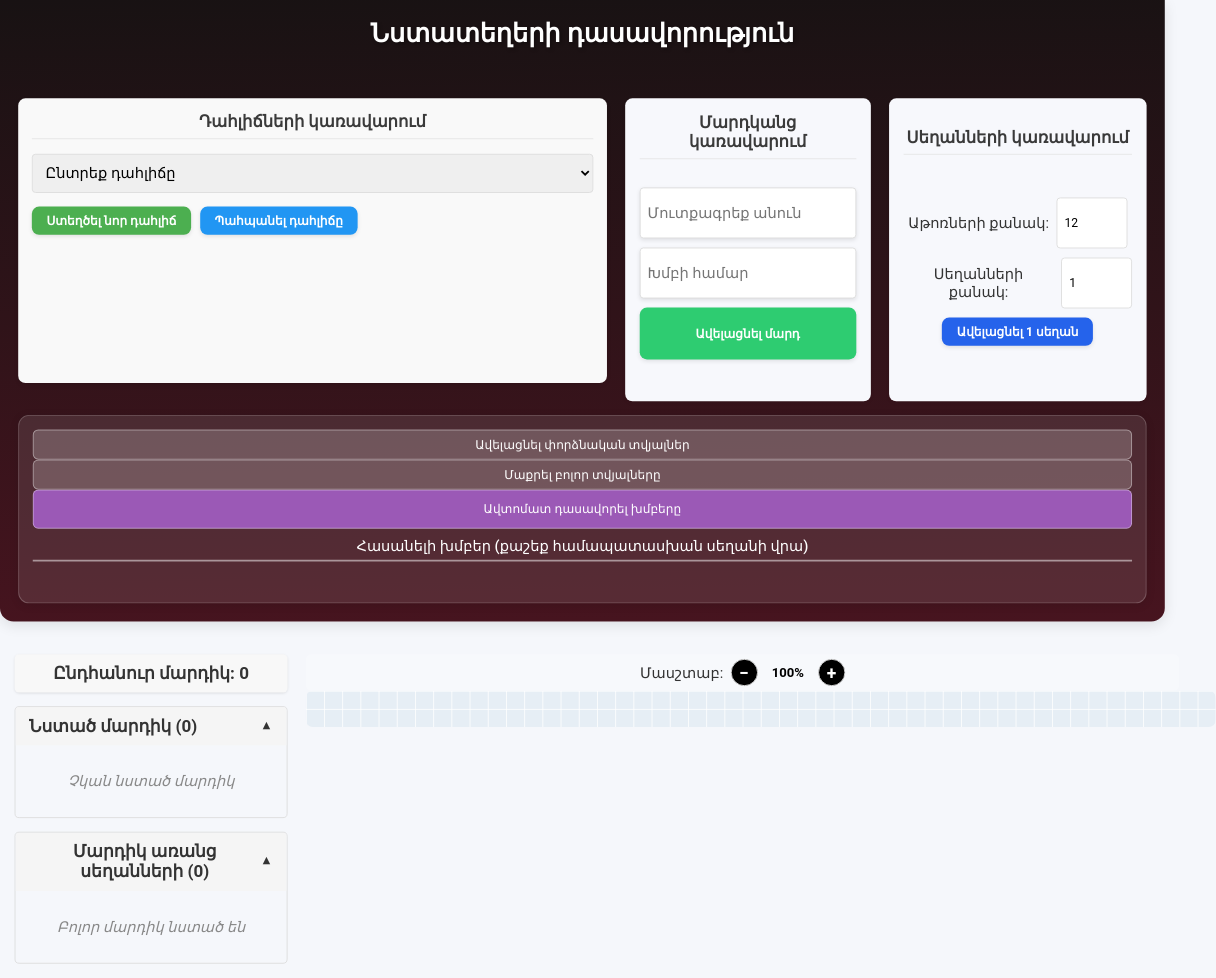
Repository: Vahan-23/Table-V2
Page: /
These files come from the project's save history. The page is drawn as it stood at one moment and after the next save; the edit follows.
The browser window is 1280 px wide. The page is 1336 px wide, so the pictures cover 1336 px, including what lies to the right of the window. The pictures show the whole page, at 91% of full size.
The project was rebuilt for these pictures with package versions that can differ from the ones it lists, and the page was loaded fresh each time.

Above is the page before, as saved 2025-03-03 18:08:56.

### src/component/App.css
/* Modern styles for the Seating Arrangement app */

* {
  margin: 0;
  padding: 0;
  font-family: 'Roboto', 'Segoe UI', Arial, sans-serif;
}

body {
  background-color: #f5f7fb;
  color: #333;
}

.app-container {
  display: flex;
  flex-direction: column;
  min-height: 100vh;
}

/* Header Styles */
.app-header {
  background: linear-gradient(179deg, #181213 0%, rgb(71 20 31) 100%);
  padding: 20px;
  border-radius: 0 0 15px 15px;
  box-shadow: 0 4px 15px rgba(0, 0, 0, 0.1);
  margin-bottom: 20px;
}

.header-content {
  display: flex;
  justify-content: space-between;
  align-items: center;
  max-width: 1600px;
  margin: 0 auto;
  width: 100%;
  flex-direction: column;
}

.logo {
  color: white;
  font-size: 28px;
  font-weight: bold;
  text-shadow: 2px 2px 4px rgba(0, 0, 0, 0.3);
  margin-bottom: 15px;
}

.header-controls {
  background: rgba(255, 255, 255, 0.15);
  backdrop-filter: blur(10px);
  padding: 15px;
  border-radius: 12px;
  box-shadow: inset 0 1px 1px rgba(255, 255, 255, 0.1), 0 1px 2px rgba(0, 0, 0, 0.1);
  display: flex;
  width: 80%;
}

.control-group {
  display: flex;
  flex-wrap: wrap;
  gap: 1rem;
  width: 100%;
}

.input-group {
  display: flex;
  gap: 10px;
  margin-bottom: 15px;
  align-items: center;
  justify-content: center;
}

.input-field {
  /* flex: 1; */
  padding: 10px 15px;
  border-radius: 8px;
  border: none;
  font-size: 16px;
  box-shadow: 0 2px 5px rgba(0, 0, 0, 0.1);
}
.input-field2{
  /* flex: 1; */
  padding: 10px 15px;
  border-radius: 8px;
  border: none;
  font-size: 16px;
  box-shadow: 0 2px 5px rgba(0, 0, 0, 0.1);
}

.input-group input,
.table-controls input {
  height: 38px;
  padding: 0.5rem;
  border: 1px solid #ddd;
  border-radius: 4px;
  outline: none;
  transition: border-color 0.2s;
}

.input-group input:focus,
.table-controls input:focus {
  border-color: #2563eb;
}

.group-input-container {
  position: relative;
  flex: 1;
}

.group-dropdown {
  position: absolute;
  top: 100%;
  left: 0;
  width: 100%;
  max-height: 200px;
  overflow-y: auto;
  z-index: 10;
  background-color: white;
  border: none;
  border-radius: 8px;
  box-shadow: 0 4px 12px rgba(0, 0, 0, 0.15);
  margin-top: 5px;
}

.dropdown-item {
  padding: 10px 15px;
  cursor: pointer;
  border-bottom: 1px solid #eee;
  transition: background-color 0.2s;
}

.dropdown-item:hover {
  background-color: #f5f5f5;
}

.dropdown-item-new {
  padding: 10px 15px;
  cursor: pointer;
  background-color: #f0f0f0;
  font-style: italic;
  border-radius: 0 0 8px 8px;
  z-index: 2;
}

.dropdown-empty {
  padding: 10px 15px;
  color: #666;
}

button {
  cursor: pointer;
  border: none;
  border-radius: 4px;
  padding: 0.5rem 1rem;
  font-weight: 500;
  transition: all 0.2s;
}

.primary-btn {
  background-color: #2563eb;
  color: white;
  border: none;
  border-radius: 8px;
  font-weight: bold;
  cursor: pointer;
  box-shadow: 0 2px 5px rgba(0, 0, 0, 0.1);
  transition: transform 0.2s, background-color 0.2s;
}

.primary-btn:hover {
  background-color: #1d4ed8;
}

.add-person-btn {
  /* margin-left: 30px; */
  padding: 21px 20px;
  background-color: #2ecc71;
  color: white;
}

.add-person-btn:hover {
  background-color: #27ae60;
  transform: translateY(-2px);
}

.secondary-btn {
  padding: 8px 15px;
  background-color: rgba(255, 255, 255, 0.2);
  color: white;
  border: 1px solid rgba(255, 255, 255, 0.4);
  border-radius: 6px;
  cursor: pointer;
  transition: background-color 0.2s;
}

.secondary-btn:hover {
  background-color: rgba(255, 255, 255, 0.3);
}

.table-controls {
  display: flex;
  align-items: center;
  gap: 10px;
  margin-bottom: 15px;
  flex-direction: column;
}

.chair-count-input {
  height: 38px;
  padding: 0.5rem;
  border: 1px solid #ddd;
  border-radius: 4px;
  outline: none;
  transition: border-color 0.2s;
}

.add-table-btn {
  flex: 1;
  padding: 21px 15px;
  background-color: #3498db;
  color: white;
}

.add-table-btn:hover {
  background-color: #2980b9;
  transform: translateY(-2px);
}

.create-all-tables-btn {
  flex: 2;
  padding: 13px 15px;
  background-color: #9b59b6;
  color: white;
}

.create-all-tables-btn:hover {
  background-color: #8e44ad;
  transform: translateY(-2px);
}

/* Bottom controls section */
.bottom-controls {
  display: flex;
  justify-content: space-between;
  align-items: center;
}

/* Save controls */
.save-controls {
  display: flex;
  align-items: center;
  gap: 0.5rem;
}

/* Zoom controls */
.zoom-controls {
  display: flex;
  align-items: center;
  gap: 8px;
  background-color: rgba(255, 255, 255, 0.2);
  padding: 5px 10px;
  border-radius: 6px;
  justify-content: center;
}

.zoom-btn {
  width: 30px;
  height: 30px;
  border-radius: 50%;
  border: none;
  background-color: rgba(255, 255, 255, 0.3);
  color: white;
  font-size: 18px;
  font-weight: bold;
  cursor: pointer;
  display: flex;
  justify-content: center;
  align-items: center;
}

.zoom-controls button {
  width: 30px;
  height: 30px;
  display: flex;
  align-items: center;
  justify-content: center;
  background-color: #000000;
  border-radius: 50%;
  font-size: 1.2rem;
  padding: 0;
}

.zoom-controls span {
  font-size: 0.9rem;
  min-width: 50px;
  text-align: center;
}

.zoom-percentage {
  color: rgb(0, 0, 0);
  font-weight: bold;
}

/* Groups Container */
.groups-container {
  background-color: rgba(255, 255, 255, 0.1);
  border-radius: 12px;
  padding: 15px;
  margin-top: 15px;
  box-shadow: 0 2px 10px rgba(0, 0, 0, 0.1);
  border: 1px solid rgba(255, 255, 255, 0.2);
}

.groups-header {
  display: flex;
  flex-direction: column;
  gap: 10px;
}

.groups-header h3 {
  color: #ffffff;
  font-size: 1rem;
  font-weight: 500;
}

.groups-title {
  margin: 0 0 10px 0;
  font-size: 20px;
  color: white;
  font-weight: 600;
  border-bottom: 2px solid rgba(255, 255, 255, 0.5);
  padding-bottom: 5px;
  display: inline-block;
}

.groups-wrapper {
  display: flex;
  flex-wrap: nowrap;
  gap: 12px;
  overflow-x: auto;
  padding: 5px 0;
  max-height: 100px;
  max-width: 100%;
  scrollbar-width: thin;
  scrollbar-color: rgba(255, 255, 255, 0.5) transparent;
}

.groups-wrapper::-webkit-scrollbar {
  height: 6px;
  width: 6px;
}

.groups-wrapper::-webkit-scrollbar-track {
  background: #f1f1f1;
  border-radius: 10px;
}

.groups-wrapper::-webkit-scrollbar-thumb {
  background: #3498db;
  border-radius: 10px;
}

.groups-wrapper::-webkit-scrollbar-thumb:hover {
  background: #2980b9;
}

/* Main Content */
.main-content {
  display: flex;
  flex: 1;
  padding: 1rem;
  gap: 20px;
  max-width: 1600px;
  margin: 0 auto;
  width: 100%;
}

/* Sidebar */
.sidebar {
  width: 300px;
  flex-shrink: 0;
}

.unseated-people-list,
.people-list {
  background-color: white;
  border-radius: 8px;
  padding: 15px;
  margin-top: 20px;
  box-shadow: 0 2px 8px rgba(0, 0, 0, 0.1);
  margin-bottom: 1.5rem;
}

.unseated-people-list h3,
.people-list h3 {
  margin-top: 0;
  margin-bottom: 15px;
  color: #333;
  font-size: 18px;
  font-weight: 600;
  border-bottom: 1px solid #e5e7eb;
  padding-bottom: 0.5rem;
}

.unseated-people-grid,
.people-grid {
  display: grid;
  grid-template-columns: repeat(auto-fill, minmax(120px, 1fr));
  gap: 10px;
}

.unseated-person-card,
.person-card {
  position: relative;
  background-color: #f9f9f9;
  border-radius: 6px;
  padding: 10px;
  box-shadow: 0 1px 3px rgba(0, 0, 0, 0.1);
  font-size: 0.9rem;
  display: flex;
  justify-content: space-between;
  align-items: center;
}

.person-card {
  flex-direction: column;
  align-items: flex-start;
  gap: 0.25rem;
}

.person-name {
  display: block;
  font-weight: bold;
  font-size: 14px;
  margin-bottom: 4px;
}

.person-group {
  display: block;
  font-size: 12px;
  color: #666;
}

.group-tag {
  background-color: #e0e7ff;
  color: #4f46e5;
  border-radius: 4px;
  padding: 0.15rem 0.4rem;
  font-size: 0.75rem;
  font-weight: 500;
}

.delete-btn {
  position: absolute;
  top: 5px;
  right: 5px;
  width: 20px;
  height: 20px;
  border-radius: 50%;
  background-color: #e74c3c;
  color: white;
  border: none;
  display: flex;
  align-items: center;
  justify-content: center;
  font-size: 10px;
  cursor: pointer;
  opacity: 0.7;
  transition: opacity 0.2s;
}

.delete-btn:hover {
  background-color: #fee2e2;
  opacity: 1;
}

/* Tables Area */
.tables-area {
  background-image: linear-gradient(rgba(255, 255, 255, 0.8) 1px, transparent 1px),
    linear-gradient(90deg, rgba(255, 255, 255, 0.8) 1px, transparent 1px);
  background-size: 20px 20px;
  background-color: #e6eef5;
  flex: 1;
  min-height: 600px;
  border-radius: 8px;
  padding: 20px;
  position: relative;
  transform-origin: top left;
  display: flex;
  flex-wrap: wrap;
  gap: 2rem;
  align-content: flex-start;
  min-height: 70vh;
}

/* Table Styles */
.table-container {
  background-color: white;
  border-radius: 10px;
  box-shadow: 0 4px 12px rgba(0, 0, 0, 0.08);
  padding: 1rem;
  width: fit-content;
  margin-bottom: 20px;
  flex-shrink: 0;
}

.table-header {
  display: flex;
  justify-content: space-between;
  align-items: center;
  margin-bottom: 1rem;
}

.table-header h3 {
  font-size: 1rem;
  font-weight: 600;
  color: #374151;
}

.delete-table-btn {
  background-color: #fee2e2;
  color: #ef4444;
  font-size: 0.8rem;
  padding: 0.25rem 0.5rem;
}

.delete-table-btn:hover {
  background-color: #fecaca;
}

.table {
  margin: 20px;
  width: 200px;
  height: 200px;
  border: 50px solid #e7d8c7;
  border-radius: 50%;
  display: flex;
  justify-content: center;
  align-items: center;
  background-image: url('../../public/table.jpg');
  background-size: cover;
}

.table-top {
  position: relative;
  top: -15%;
  left: -15%;
}

.chair {
  position: absolute;
  width: 60px;
  height: 60px;
  background-size: cover;
  background-position: center;
  background-repeat: no-repeat;
  color: white;
  display: flex;
  justify-content: center;
  align-items: center;
  border-radius: 50%;
  font-size: 12px;
  text-align: center;
  cursor: pointer;
  transition: transform 0.2s ease, opacity 0.2s ease;
}

.chair:hover {
  transform: scale(1.1);
  opacity: 0.7;
}

/* New Table Dropzone */
.new-table-dropzone {
  width: 300px;
  height: 200px;
  border: 2px dashed #3498db;
  border-radius: 8px;
  display: flex;
  align-items: center;
  justify-content: center;
  background-color: rgba(52, 152, 219, 0.05);
  transition: all 0.3s;
  margin-bottom: 20px;
}

.new-table-dropzone.hovered {
  background-color: rgba(52, 152, 219, 0.47);
  border-color: #4f46e5;
}

.dropzone-content {
  display: flex;
  flex-direction: column;
  align-items: center;
  justify-content: center;
  text-align: center;
  padding: 20px;
  gap: 1rem;
}

.dropzone-icon {
  font-size: 32px;
  color: #3498db;
  margin-bottom: 10px;
}

.dropzone-text {
  font-size: 16px;
  font-weight: bold;
  color: #333;
}

/* Popup styles */
.popup-overlay {
  position: fixed;
  top: 0;
  left: 0;
  right: 0;
  bottom: 0;
  background-color: rgba(0, 0, 0, 0.5);
  display: flex;
  align-items: center;
  justify-content: center;
  z-index: 1000;
}

.popup {
  background-color: white;
  border-radius: 10px;
  padding: 1.5rem;
  min-width: 300px;
  max-width: 400px;
  max-height: 80vh;
  overflow-y: auto;
  box-shadow: 0 10px 25px rgba(0, 0, 0, 0.2);
}

.popup h3 {
  margin-bottom: 1rem;
  color: #374151;
}

.person-selection-list {
  list-style: none;
  margin-bottom: 1rem;
}

.person-selection-list li {
  padding: 0.75rem;
  border-radius: 6px;
  cursor: pointer;
  transition: background-color 0.2s;
}

.person-selection-list li:hover {
  background-color: #f3f4f6;
}

.close-btn {
  background-color: #e5e7eb;
  color: #4b5563;
  width: 100%;
  padding: 0.75rem;
  border-radius: 6px;
  margin-top: 1rem;
}

.close-btn:hover {
  background-color: #d1d5db;
}

/* Fullscreen popup styles */
.fullscreen-popup {
  position: fixed;
  top: 0;
  left: 0;
  width: 100%;
  height: 100%;
  background-color: rgba(0, 0, 0, 0.7);
  z-index: 1000;
  display: flex;
  justify-content: center;
  align-items: center;
}

.fullscreen-popup-overlay {
  position: absolute;
  top: 0;
  left: 0;
  width: 100%;
  height: 100%;
  background-color: rgba(0, 0, 0, 0.7);
  display: flex;
  justify-content: center;
  align-items: center;
}

.fullscreen-popup-content {
  background-color: white;
  border-radius: 8px;
  padding: 20px;
  max-width: 600px;
  width: 90%;
  max-height: 80vh;
  overflow-y: auto;
  box-shadow: 0 10px 25px rgba(0, 0, 0, 0.2);
}

.fullscreen-popup-content h3 {
  margin-top: 0;
  margin-bottom: 20px;
  text-align: center;
  font-size: 18px;
  color: #333;
}

.person-selection-grid {
  display: grid;
  grid-template-columns: repeat(auto-fill, minmax(180px, 1fr));
  gap: 15px;
  margin-bottom: 20px;
  max-height: 60vh;
  overflow-y: auto;
  padding: 10px;
  margin-top: 20px;
}

.person-selection-item {
  background-color: #f9f9f9;
  border: 1px solid #ddd;
  border-radius: 6px;
  padding: 12px;
  cursor: pointer;
  transition: all 0.2s ease;
  display: flex;
  flex-direction: column;
}

.person-selection-item:hover {
  background-color: #e8f4fd;
  transform: translateY(-2px);
  box-shadow: 0 4px 8px rgba(0, 0, 0, 0.1);
}

.person-selection-name {
  display: block;
  font-weight: bold;
  margin-bottom: 4px;
}

.person-selection-group {
  display: block;
  font-size: 12px;
  color: #666;
}

.no-people-message {
  text-align: center;
  padding: 20px;
  color: #666;
  grid-column: 1 / -1;
}

.close-popup-btn {
  display: block;
  margin: 0 auto;
  background-color: #3498db;
  color: white;
  border: none;
  border-radius: 4px;
  padding: 10px 20px;
  font-size: 16px;
  cursor: pointer;
  transition: background-color 0.2s ease;
}

.close-popup-btn:hover {
  background-color: #2980b9;
}

/* Remove person popup */
.remove-person-popup {
  text-align: center;
}

.popup-title {
  text-align: center;
  margin-bottom: 20px;
}

.person-info-card {
  background-color: #f9f9f9;
  padding: 15px;
  border-radius: 8px;
  margin-bottom: 20px;
  box-shadow: 0 2px 4px rgba(0, 0, 0, 0.1);
}

.person-info-name {
  text-align: center;
  font-size: 18px;
  margin: 0 0 10px 0;
  font-weight: bold;
}

.person-info-group {
  text-align: center;
  margin: 0;
  color: #666;
}

.confirmation-text {
  text-align: center;
  margin-bottom: 20px;
  color: #555;
}

.popup-buttons {
  display: flex;
  justify-content: center;
  gap: 15px;
}

.remove-btn {
  padding: 10px 20px;
  background-color: #e74c3c;
  color: white;
  border: none;
  border-radius: 4px;
  cursor: pointer;
  font-weight: bold;
}

.cancel-btn {
  padding: 10px 20px;
  background-color: #7f8c8d;
  color: white;
  border: none;
  border-radius: 4px;
  cursor: pointer;
}

/* Group card styles */
.group-card {
  flex: 0 0 auto;
  min-width: 100px;
  background-color: white;
  border-radius: 6px;
  padding: 8px 12px;
  box-shadow: 0 1px 3px rgba(0, 0, 0, 0.1);
  cursor: grab;
  transition: transform 0.2s, box-shadow 0.2s;
  border-left: 4px solid #3498db;
}

.group-card:hover {
  transform: translateY(-2px);
  box-shadow: 0 3px 6px rgba(0, 0, 0, 0.15);
}

.group-card.dragging {
  opacity: 0.5;
}

.group-name {
  font-weight: 600;
  font-size: 0.9rem;
  color: #2563eb;
  margin-bottom: 5px;
}

.group-count {
  font-size: 0.8rem;
  color: #6b7280;
  margin-top: 0.25rem;
}

/* Responsive adjustments */
@media (max-width: 992px) {
  .header-content {
    flex-direction: column;
    align-items: flex-start;
    gap: 1rem;
  }

  .header-controls {
    width: 100%;
  }

  .main-content {
    flex-direction: column;
  }

  .sidebar {
    width: 100%;
  }
}


.people-section {
  display: flex;
  flex-direction: column;
  gap: 15px;
}

.total-people-counter {
  background-color: #f8f8f8;
  padding: 10px;
  border-radius: 5px;
  text-align: center;
  box-shadow: 0 1px 3px rgba(0, 0, 0, 0.1);
}

.people-box {
  border: 1px solid #ddd;
  border-radius: 5px;
  overflow: hidden;
}

.people-header {
  display: flex;
  align-items: center;
  justify-content: space-between;
  padding: 10px 15px;
  background-color: #f5f5f5;
  cursor: pointer;
}

.people-header:hover {
  background-color: #e9e9e9;
}

.expand-arrow {
  font-size: 14px;
  transition: transform 0.3s ease;
}

.expand-arrow.expanded {
  transform: rotate(180deg);
}

.people-grid-container {
  max-height: 700px;
  overflow-y: auto;
}

.people-grid {
  display: grid;
  grid-template-columns: repeat(auto-fill, minmax(200px, 1fr));
  gap: 10px;
  padding: 10px;
}

.person-card {
  position: relative;
  padding: 10px;
  border-radius: 4px;
  box-shadow: 0 1px 3px rgba(0, 0, 0, 0.1);
  display: flex;
  flex-direction: column;
}

.person-card.seated {
  background-color: rgba(144, 238, 144, 0.2);
  border-left: 3px solid #4CAF50;
}

.person-card.unseated {
  background-color: rgba(255, 235, 205, 0.2);
  border-left: 3px solid #FFA500;
}

.person-name {
  font-weight: bold;
  margin-bottom: 4px;
}

.person-group {
  font-size: 12px;
  color: #666;
}

.delete-btn {
  position: absolute;
  top: 5px;
  right: 5px;
  width: 20px;
  height: 20px;
  border-radius: 50%;
  background-color: #ff6b6b;
  color: white;
  border: none;
  display: flex;
  align-items: center;
  justify-content: center;
  cursor: pointer;
  font-size: 10px;
}

.delete-btn:hover {
  background-color: #ff5252;
}

.empty-message {
  grid-column: 1 / -1;
  padding: 20px;
  text-align: center;
  color: #888;
  font-style: italic;
}

/* Scrollbar styling */
.people-grid-container::-webkit-scrollbar {
  width: 8px;
}

.people-grid-container::-webkit-scrollbar-track {
  background: #f1f1f1;
  border-radius: 4px;
}

.people-grid-container::-webkit-scrollbar-thumb {
  background: #888;
  border-radius: 4px;
}

.people-grid-container::-webkit-scrollbar-thumb:hover {
  background: #555;
}

/* Split header sections styling */
.header-sections {
  display: flex;
  width: 100%;
  gap: 20px;
  margin-top: 20px;
  /* justify-content: center; */
}

.header-section {
  /* flex: 1 1; */
  display: flex;
  height: auto;
  background-color: #f7f8fc;
  border-radius: 8px;
  padding: 16px;
  box-shadow: 0 2px 5px rgba(0, 0, 0, 0.05);
  flex-direction: column;
  justify-content: space-around;
}

.section-main-title {
  color: #3a3a3a;
  margin-top: 0;
  margin-bottom: 16px;
  padding-bottom: 8px;
  border-bottom: 1px solid #e5e5e5;
  font-size: 18px;
}

/* People section specific */
.people-section .input-row {
  display: flex;
  gap: 10px;
  margin-bottom: 15px;
  flex-direction: column;
}

.people-section .data-management {
  margin-top: 20px;
}

/* Table section specific */
.tables-section .table-controls-row {
  display: flex;
  align-items: center;
  gap: 10px;
  margin-bottom: 15px;
  flex-direction: column;

}

.tables-section .chair-count-container {
  display: flex;
  align-items: center;
  gap: 8px;
}
.table-count-container {
  display: flex;
  align-items: center;
  gap: 8px;
}
.table-count-input{
  width: 60px;
}
.tables-section .chair-count-input {
  width: 60px;
}

.tables-section .zoom-controls {
  display: flex;
  align-items: center;
  margin-top: 20px;
  gap: 10px;
}

.zoom-buttons {
  display: flex;
  align-items: center;
}

.zoom-btn {
  width: 30px;
  height: 30px;
  display: flex;
  align-items: center;
  justify-content: center;
  border-radius: 4px;
  background-color: #f0f0f0;
  border: 1px solid #ddd;
  cursor: pointer;
}

.zoom-percentage {
  margin: 0 8px;
  min-width: 50px;
  text-align: center;
}

.data-buttons {
  display: flex;
  flex-direction: column;
  align-items: stretch;
}

.hall-management {
  background-color: #f9f9f9;
  border-radius: 8px;
  padding: 15px;
  margin-bottom: 20px;
  box-shadow: 0 2px 5px rgba(0, 0, 0, 0.1);
}

.hall-controls {
  display: flex;
  flex-wrap: wrap;
  gap: 15px;
  margin-top: 10px;
}

.hall-dropdown-container {
  flex: 1;
  min-width: 250px;
}

.hall-select {
  width: 100%;
  padding: 10px;
  border-radius: 4px;
  border: 1px solid #ddd;
  font-size: 16px;
}

.hall-buttons {
  display: flex;
  gap: 10px;
  flex-wrap: wrap;
}

.current-hall-info {
  margin-top: 15px;
  padding: 10px;
  background-color: #e8f4fd;
  border-radius: 4px;
}

.hall-form {
  display: flex;
  flex-direction: column;
  gap: 15px;
  margin: 20px 0;
}

.form-group {
  display: flex;
  flex-direction: column;
  gap: 5px;
}

.form-group label {
  font-weight: bold;
}

.create-hall-btn {
  background-color: #4CAF50;
}

.save-hall-btn {
  background-color: #2196F3;
}

.delete-hall-btn {
  background-color: #f44336;
  color: white;
}

.hall-management-container {
  width: 100%;
  margin-bottom: 20px;
}

Loaded but not shown: public/index.html (common file); src/index.js (common file); src/index.css (common file); src/reportWebVitals.js (common file); src/App.css (common file); src/App.js (12 lines, source omitted); src/component/SeatingArrangement.jsx (1373 lines, source omitted)

After the next save:
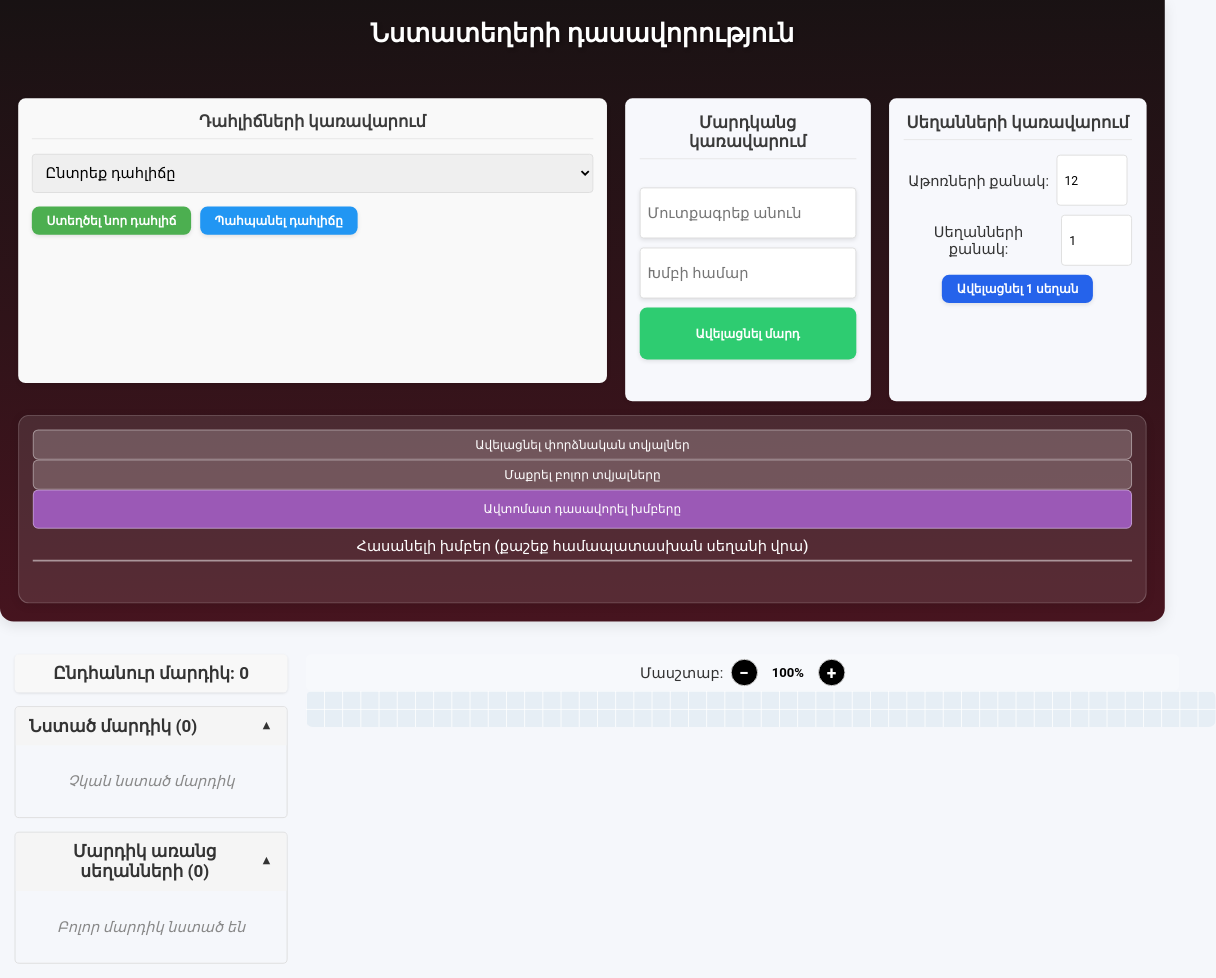
Saved 8 s later.
--- a/src/component/App.css
+++ b/src/component/App.css
@@ -1046,7 +1046,7 @@ button {
   padding: 16px;
   box-shadow: 0 2px 5px rgba(0, 0, 0, 0.05);
   flex-direction: column;
-  justify-content: space-around;
+  /* justify-content: space-around; */
 }
 
 .section-main-title {
